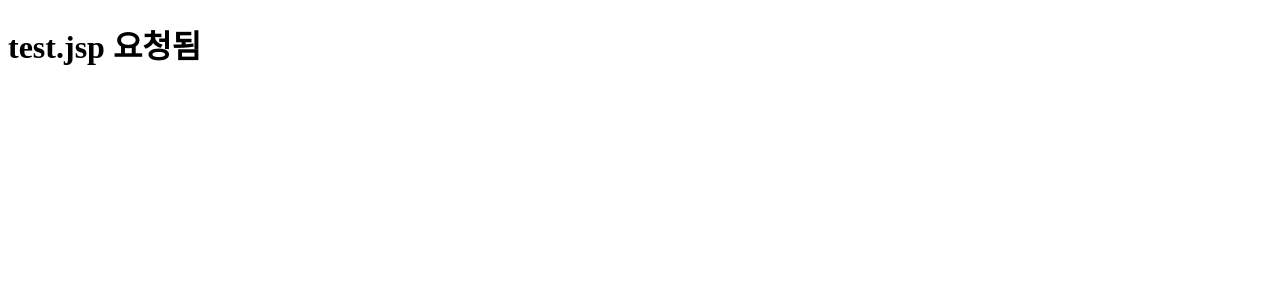
Repository: j-hee-98/Servlet-JSP
Page: http://localhost/step04_Filter/test02.jsp
These files come from the project's save history. The page is drawn as it stood at one moment and after the next save; the edit follows.
The browser window is 1280 px wide. The pictures show the whole page.
The page is served by Tomcat 10.

Above is the page before, as saved 2025-04-17 03:23:36.

After the next save:
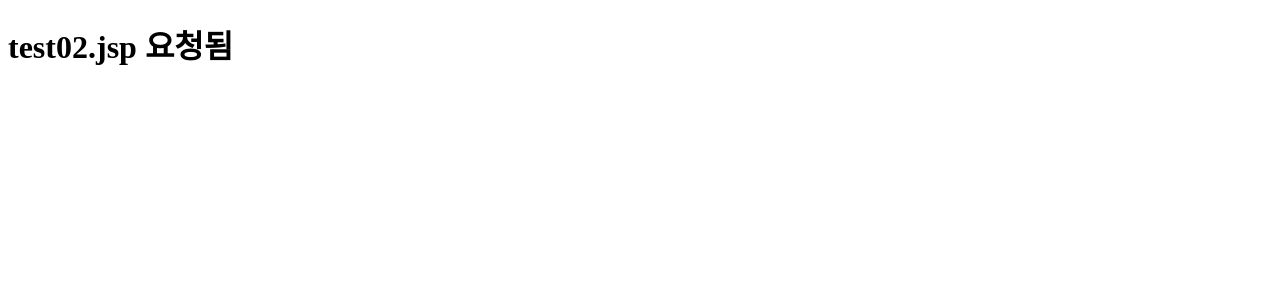
Saved 17 s later.
--- a/step04_Filter/src/main/webapp/test02.jsp
+++ b/step04_Filter/src/main/webapp/test02.jsp
@@ -7,9 +7,9 @@
 <title>Insert title here</title>
 </head>
 <body>
-<h1>test.jsp 요청됨</h1>
+<h1>test02.jsp 요청됨</h1>
 <%
-	System.out.println("test.jsp요청됨");
+	System.out.println("test02.jsp요청됨");
 %>
 </body>
 </html>
